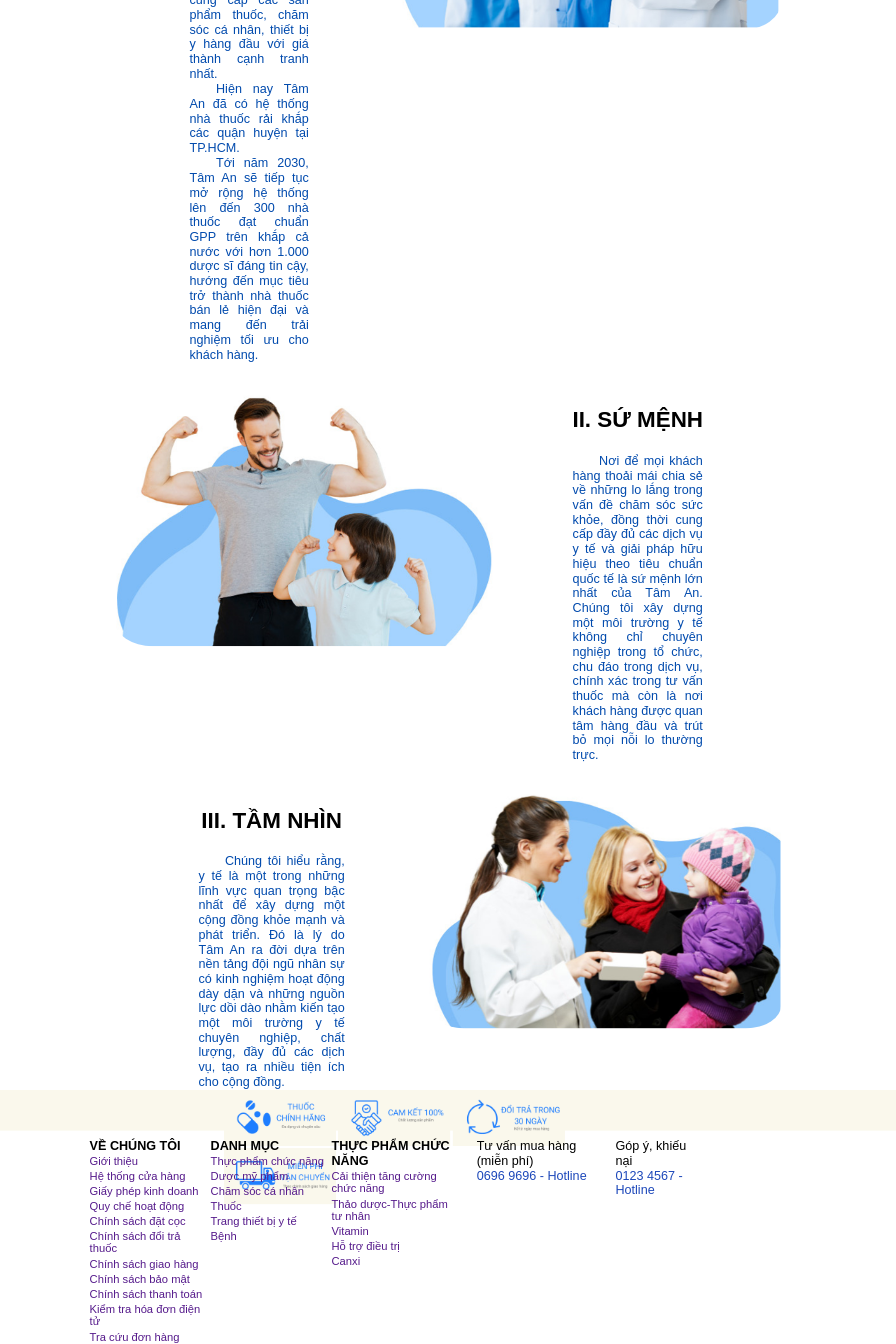
Repository: ViralAIWorks/TamAnPharmacy.github.io
Page: pages/thongtin.html
An editor plug-in stored every save of this project. The page is shown before and after the next save, followed by the edit.
The browser window is 1280 px wide. The pictures show the part of the page from y = 963 to 2883 px (the page is 2883 px tall), at 70% of full size.
Some web fonts or font styles are not loaded; a fallback is used.

Above is the page before, as saved 2022-03-16 08:35:24.

After the next save:
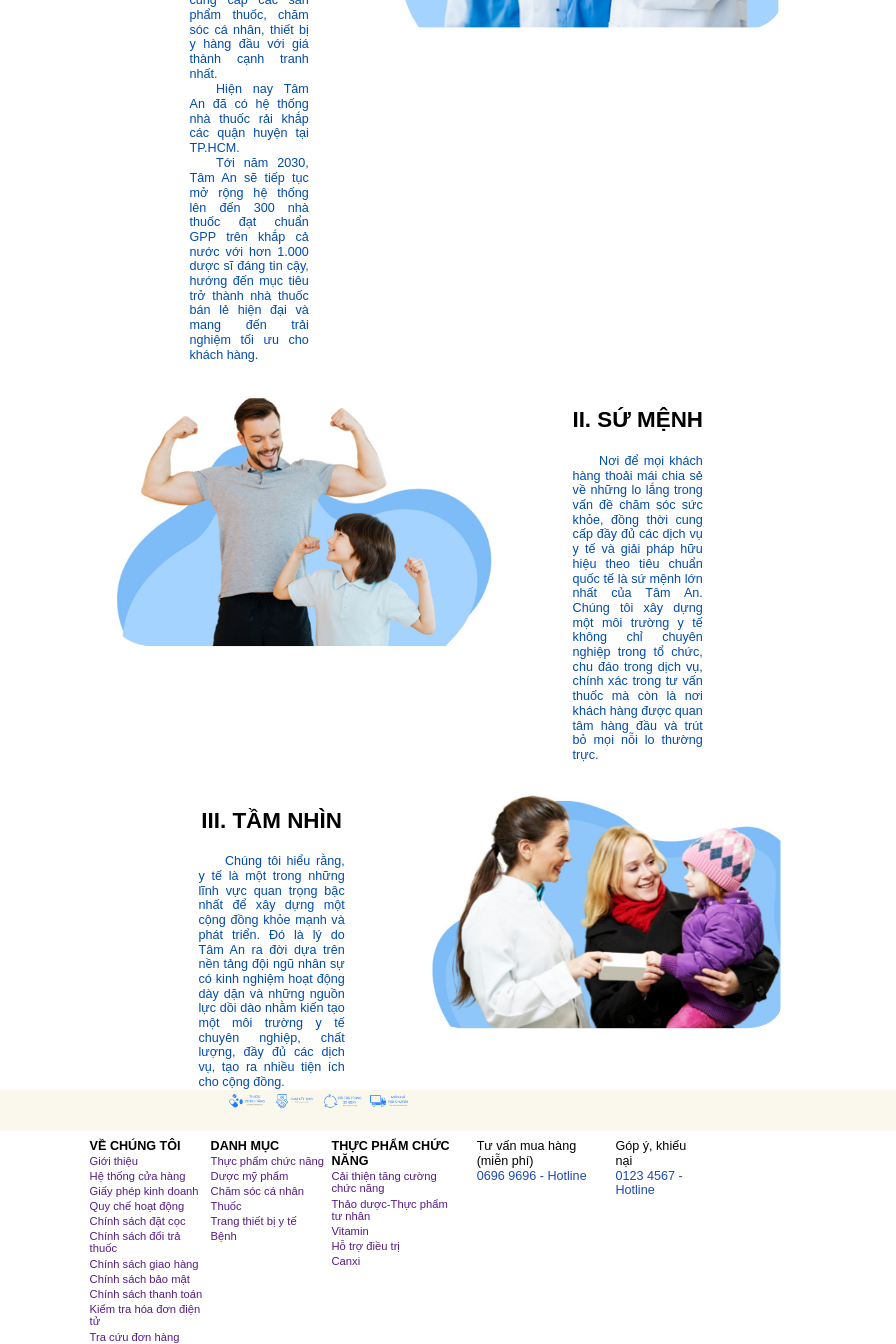
Saved 5 s later.
--- a/pages/thongtin.html
+++ b/pages/thongtin.html
@@ -113,10 +113,10 @@
 <footer>
     <div class="ft-bar">
         <div class="ft-display_img">
-            <img src="/pages/images/Footer-ThongTin/thuoc.png" width="25%" alt="">
-            <img src="/pages/images/Footer-ThongTin/camket.png" width="25%" alt="">
-            <img src="/pages/images/Footer-ThongTin/doitra.png" width="25%" alt="">
-            <img src="/pages/images/Footer-ThongTin/free.png" width="25%" alt="" id="free-png">
+            <img src="/pages/images/Footer-ThongTin/thuoc.png" width="10%" alt="">
+            <img src="/pages/images/Footer-ThongTin/camket.png" width="10%" alt="">
+            <img src="/pages/images/Footer-ThongTin/doitra.png" width="10%" alt="">
+            <img src="/pages/images/Footer-ThongTin/free.png" width="10%" alt="" id="free-png">
         </div>
     </div>
     <div class="list">
